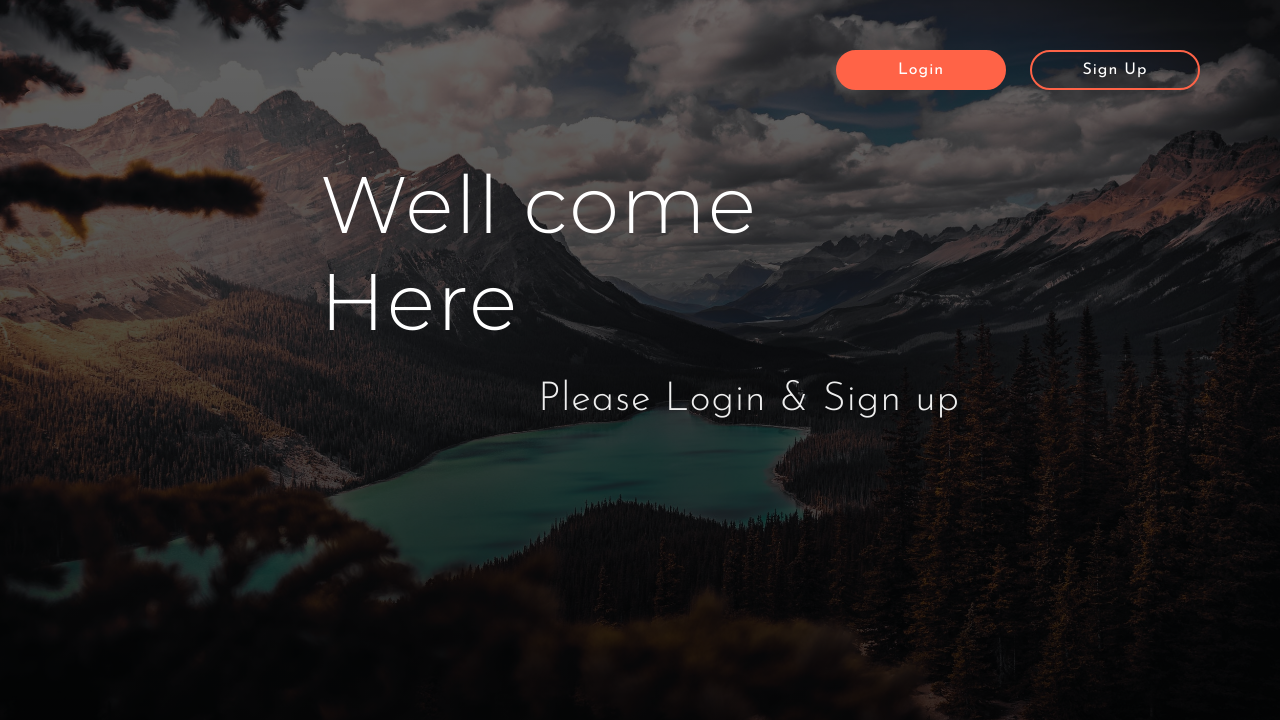
Repository: motamedipour2022/javascript_project
Page: model_form1/index.html
These files come from the project's save history. The page is drawn as it stood at one moment and after the next save; the edit follows.
The browser window is 1280 px wide. The pictures show the whole page.
Some web libraries are served in a nearby version.

Above is the page before, as saved 2022-12-20 12:15:34.

### model_form1/index.html
<!DOCTYPE html>
<html lang="en">
  <head>
    <meta charset="UTF-8" />
    <meta name="viewport" content="width=device-width, initial-scale=1.0" />
    <meta http-equiv="X-UA-Compatible" content="ie=edge" />
    <link
      rel="stylesheet"
      href="https://use.fontawesome.com/releases/v5.8.1/css/all.css"
      integrity="sha384-50oBUHEmvpQ+1lW4y57PTFmhCaXp0ML5d60M1M7uH2+nqUivzIebhndOJK28anvf"
      crossorigin="anonymous"
    />
    <link
      href="https://fonts.googleapis.com/css?family=Josefin+Sans:300,400,600|Montserrat:300,400,600"
      rel="stylesheet"
    />
    <link rel="stylesheet" href="style.css" />
    <title>Form</title>
  </head>
  <body>
    <div class="container">
      <div class="banner-text">
        <h1>Well come <span>Here</span></h1>
        <p>Please Login & Sign up</p>
      </div>
      <div class="btns">
        <button class="btn login-btn">Login</button>
        <button class="btn signup-btn">Sign Up</button>
      </div>
      <div class="form-container">
        <div class="signup-form-wrapper modal">
          <div class="x-btn signup-x">
            &times;
          </div>
          <div class="form-header">
            <h1>CodeAndCreate</h1>
            <h3>Join Us</h3>
          </div>
          <form class="form">
            <div class="input-group">
              <i class="fas fa-user"></i>
              <input type="text" placeholder="Username" />
            </div>
            <div class="input-group">
              <i class="far fa-envelope"></i>
              <input type="email" placeholder="Email" />
            </div>
            <div class="input-group">
              <i class="fas fa-key"></i>
              <input type="password" placeholder="Password" />
            </div>
            <button type="button">Sign Up</button>
          </form>
        </div>
        <div class="login-form-wrapper modal">
          <div class="x-btn login-x">
            &times;
          </div>
          <div class="form-header">
            <h1>CodeAndCreate</h1>
            <h3>Login</h3>
          </div>
          <form class="form">
            <div class="input-group">
              <i class="fas fa-user"></i>
              <input type="text" placeholder="Username" />
            </div>
            <div class="input-group">
              <i class="fas fa-key"></i>
              <input type="password" placeholder="Password" />
            </div>
            <button type="button">Login</button>
          </form>
        </div>
      </div>
    </div>
    <script src="script.js"></script>
  </body>
</html>

### model_form1/style.css
* {
  margin: 0;
  padding: 0;
}

.container {
  width: 100%;
  height: 100vh;
  background: linear-gradient(rgba(0, 0, 0, 0.6), rgba(0, 0, 0, 0.8)),
    url(images/bg.jpg) center no-repeat;
  background-size: cover;
}

.banner-text {
  position: absolute;
  top: 40%;
  left: 50%;
  transform: translate(-50%, -50%);
}

.banner-text h1 {
  color: #fff;
  font-family: "Montserrat", sans-serif;
  font-size: 80px;
  font-weight: 300;
  letter-spacing: 2px;
  margin-bottom: 30px;
}

.banner-text p {
  color: #eee;
  font-family: "Josefin sans", sans-serif;
  font-size: 40px;
  font-weight: 300;
  letter-spacing: 1px;
  text-align: right;
}

.btns {
  position: absolute;
  top: 50px;
  right: 60px;
}

.btn {
  width: 170px;
  padding: 10px 15px;
  margin-right: 20px;
  border-radius: 50px;
  font-family: "Josefin Sans", sans-serif;
  font-size: 16px;
  letter-spacing: 1px;
  outline: none;
  cursor: pointer;
  color: #fff;
  border: 2px solid tomato;
  transition: transform 0.3s;
}

.login-btn {
  background-color: tomato;
}

.signup-btn {
  background-color: transparent;
}

.btn:hover {
  transform: translateY(-2px);
}

.btn:active {
  transform: translateY(0);
}

.form-container {
  position: fixed;
  background-color: rgba(0, 0, 0, 0.7);
  top: 0;
  right: 0;
  bottom: 0;
  left: 0;
  opacity: 0;
  visibility: hidden;
  transition: all 0.5s;
}

.disable {
  opacity: 1;
  visibility: visible;
}

.modal {
  width: 400px;
  background: linear-gradient(rgba(148, 42, 42, 0.8), rgba(185, 129, 129, 0.6)),
    url(images/bg.jpg) center no-repeat;
  background-size: cover;
  position: absolute;
  top: 50%;
  left: 50%;
  transform: translate(-50%, -50%);
  border-radius: 20px;
  opacity: 0;
  visibility: hidden;
  transition: all 0.5s;
}

.display {
  opacity: 1;
  visibility: visible;
}

.x-btn {
  position: absolute;
  right: 20px;
  font-size: 50px;
  color: #222;
  cursor: pointer;
}

.form-header {
  text-align: center;
  margin: 80px 0 150px 0;
  color: #fff;
}

.form-header h1 {
  font-family: "Josefin Sans", sans-serif;
  font-size: 40px;
  font-weight: 300;
  margin-bottom: 30px;
}

.form-header h3 {
  font-family: "Montserrat", sans-serif;
  font-size: 25px;
  font-weight: 300;
  text-transform: uppercase;
}

.form {
  display: flex;
  flex-direction: column;
  align-items: center;
}

.input-group {
  margin-bottom: 10px;
  position: relative;
}

.input-group input {
  width: 250px;
  padding: 15px 15px 15px 50px;
  border: none;
  outline: none;
  border-radius: 30px;
  background: rgba(0, 0, 0, 0.6);
  font-family: "Josefin Sans", sans-serif;
  font-size: 16px;
  color: #ddd;
}

.input-group i {
  position: absolute;
  top: 13px;
  left: 17px;
  font-size: 18px;
  color: #aaa;
}

.form button {
  width: 310px;
  padding: 12px;
  border: none;
  outline: none;
  border-radius: 30px;
  background-color: #d867d8;
  color: #fff;
  font-family: "Josefin Sans", sans-serif;
  font-size: 16px;
  text-transform: uppercase;
  margin: 10px 0 50px 0;
  box-shadow: 0 5px 20px rgba(0, 0, 0, 0.4);
  cursor: pointer;
  transition: all 0.3s;
}

.form button:hover {
  transform: translateY(-2px);
  box-shadow: 0 8px 25px rgba(0, 0, 0, 0.3);
}
.form button:active {
  transform: translateY(0);
}

### model_form1/script.js
const signupModal = document.querySelector(".signup-form-wrapper");
const loginModal = document.querySelector(".login-form-wrapper");
const signupBtn = document.querySelector(".signup-btn");
const loginBtn = document.querySelector(".login-btn");
const signupX = document.querySelector(".signup-x");
const loginX = document.querySelector(".login-x");
const formContainer = document.querySelector(".form-container");

signupBtn.addEventListener("click", () => {
  signupModal.classList.add("display");
  formContainer.classList.add("disable");
});

loginBtn.addEventListener("click", () => {
  loginModal.classList.add("display");
  formContainer.classList.add("disable");
});

signupX.addEventListener("click", () => {
  signupModal.classList.remove("display");
  formContainer.classList.remove("disable");
});

loginX.addEventListener("click", () => {
  loginModal.classList.remove("display");
  formContainer.classList.remove("disable");
});

After the next save:
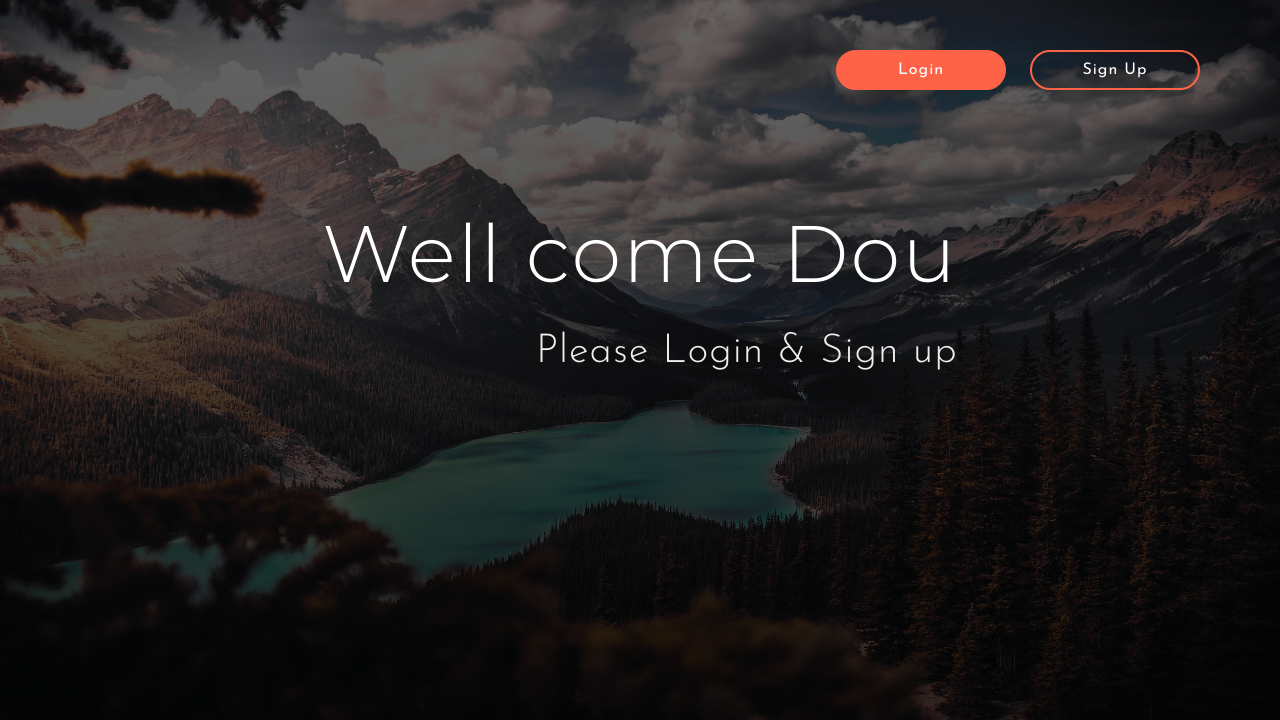
Saved 21 s later.
--- a/model_form1/index.html
+++ b/model_form1/index.html
@@ -20,7 +20,7 @@
   <body>
     <div class="container">
       <div class="banner-text">
-        <h1>Well come <span>Here</span></h1>
+        <h1>Well come <span>Dou</span></h1>
         <p>Please Login & Sign up</p>
       </div>
       <div class="btns">
